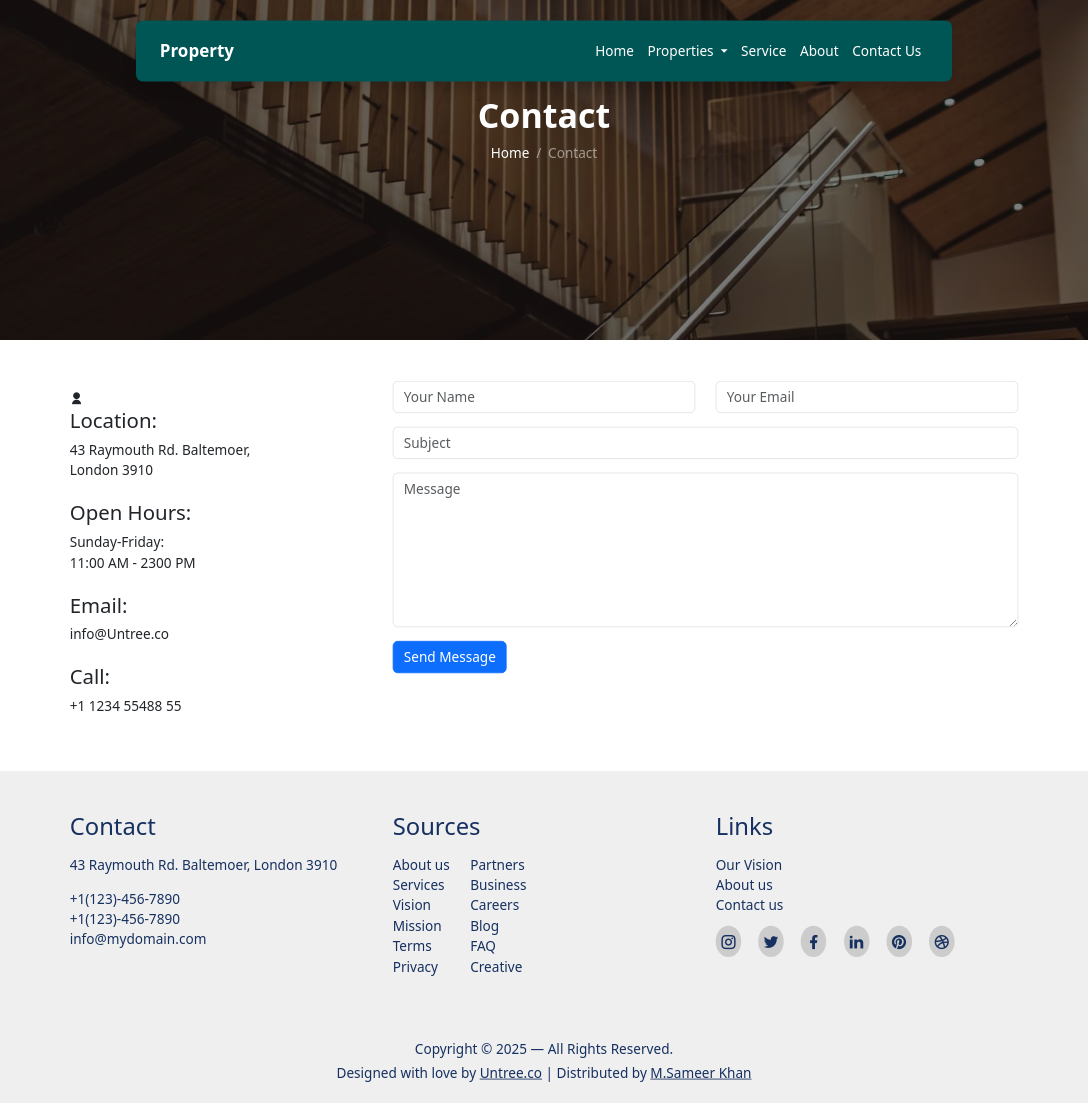
Repository: sameerrrrkhan911-git/Property
Page: contact.html
An editor plug-in stored every save of this project. The page is shown before and after the next save, followed by the edit.
The browser window is 1280 px wide. The pictures show the whole page, at 85% of full size.
Some icons come from a web library that is not loaded, so they are not drawn. Some web libraries are served in a nearby version.

Above is the page before, as saved 2025-09-28 21:28:08.
Console error: TypeError: Cannot read properties of undefined (reading 'length')

After the next save:
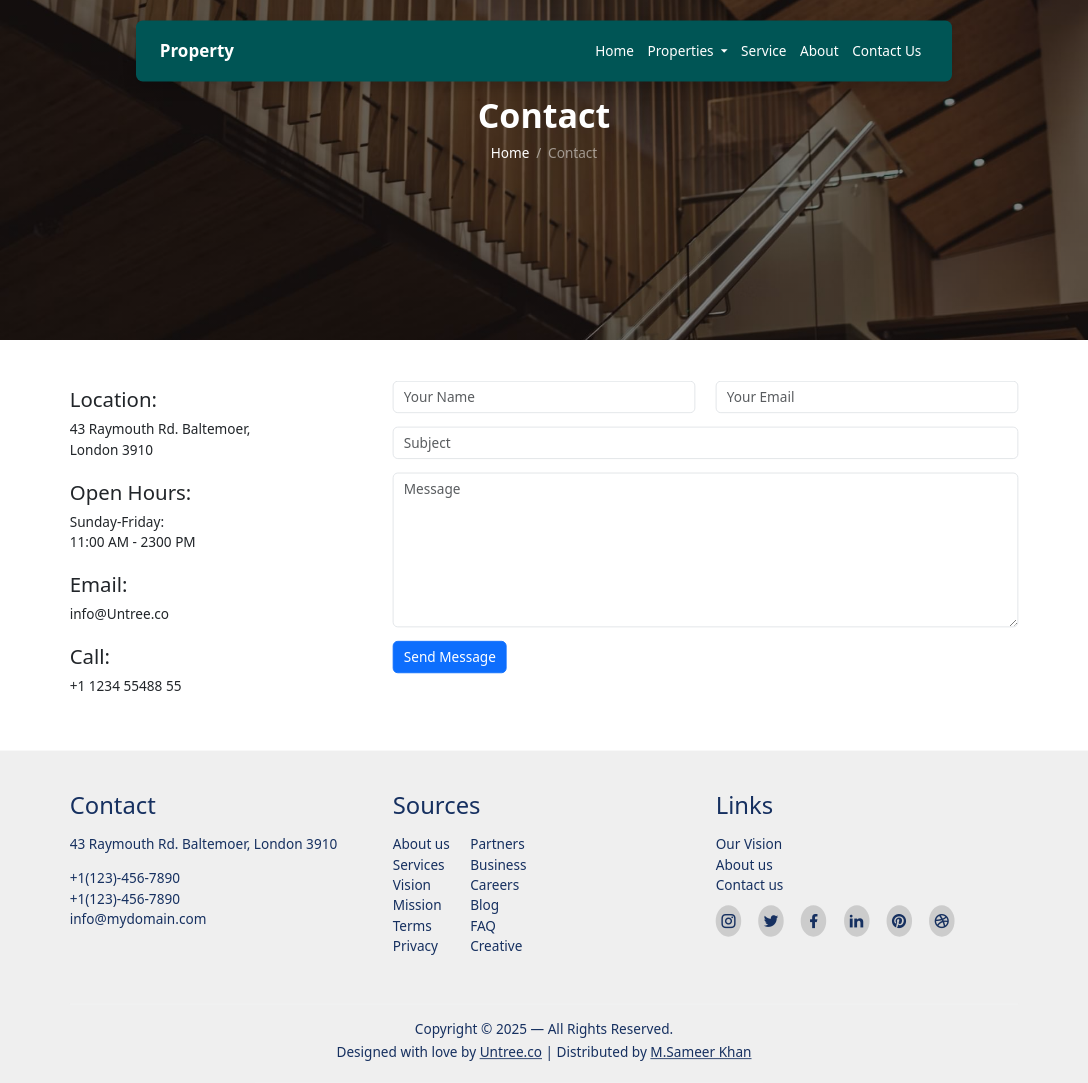
Saved 7 s later.
--- a/contact.html
+++ b/contact.html
@@ -101,7 +101,6 @@
           <div class="col-lg-4 mb-5 mb-lg-0 aos-init aos-animate" data-aos="fade-up" data-aos-delay="100">
             <div class="contact-info">
               <div class="address mt-2">
-                <i class="ri-user-fill"></i>
 
                 <div>
                     <h4 class="mb-2">Location:</h4>

After the 2 saves that followed:
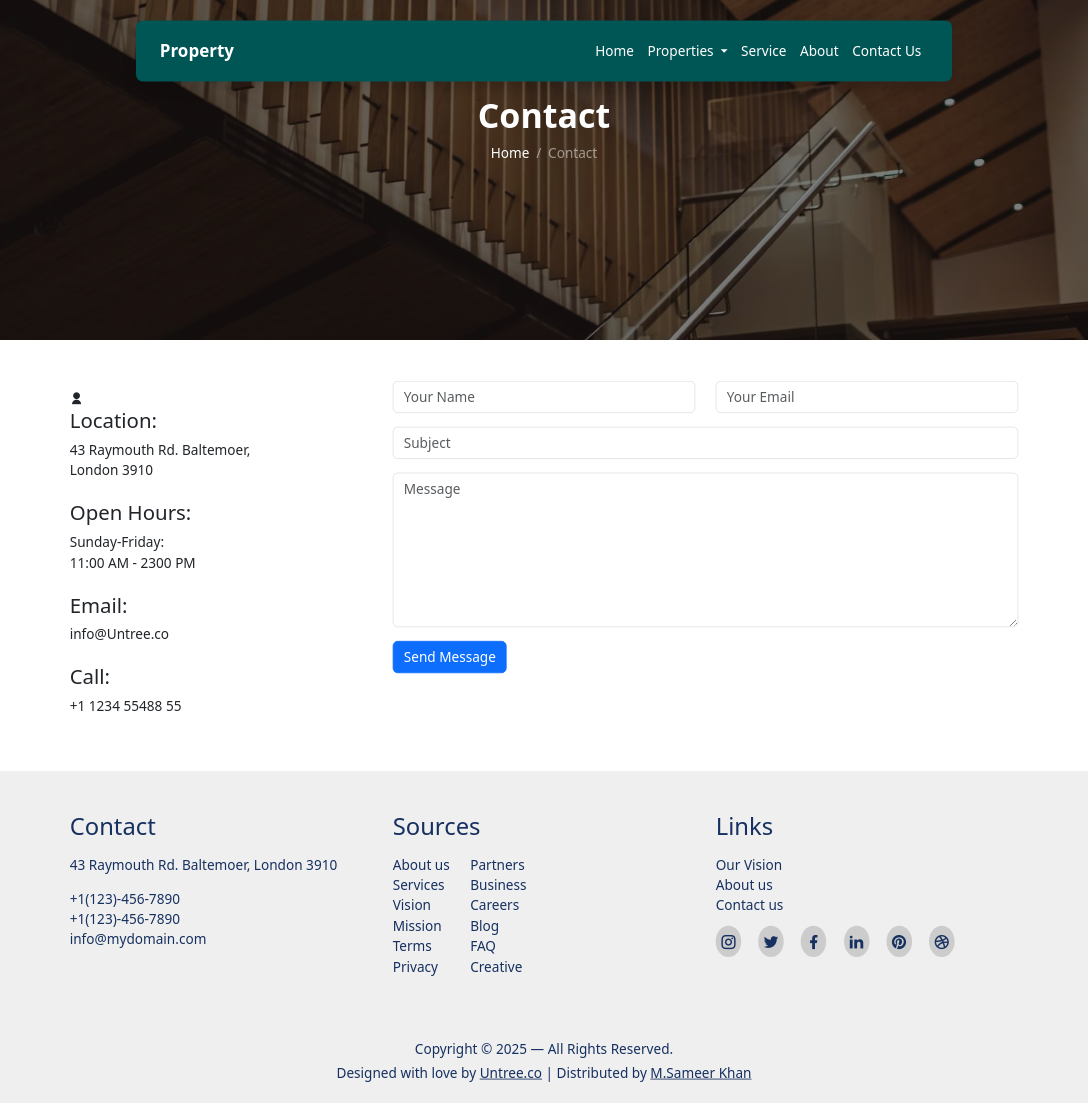
The 2 saves are shown as one change because they came seconds apart.
The last was saved 5 s later.
--- a/contact.html
+++ b/contact.html
@@ -101,7 +101,9 @@
           <div class="col-lg-4 mb-5 mb-lg-0 aos-init aos-animate" data-aos="fade-up" data-aos-delay="100">
             <div class="contact-info">
               <div class="address mt-2">
-
+<div>
+    <i class="ri-user-fill"></i>
+</div>
                 <div>
                     <h4 class="mb-2">Location:</h4>
                 <p>
